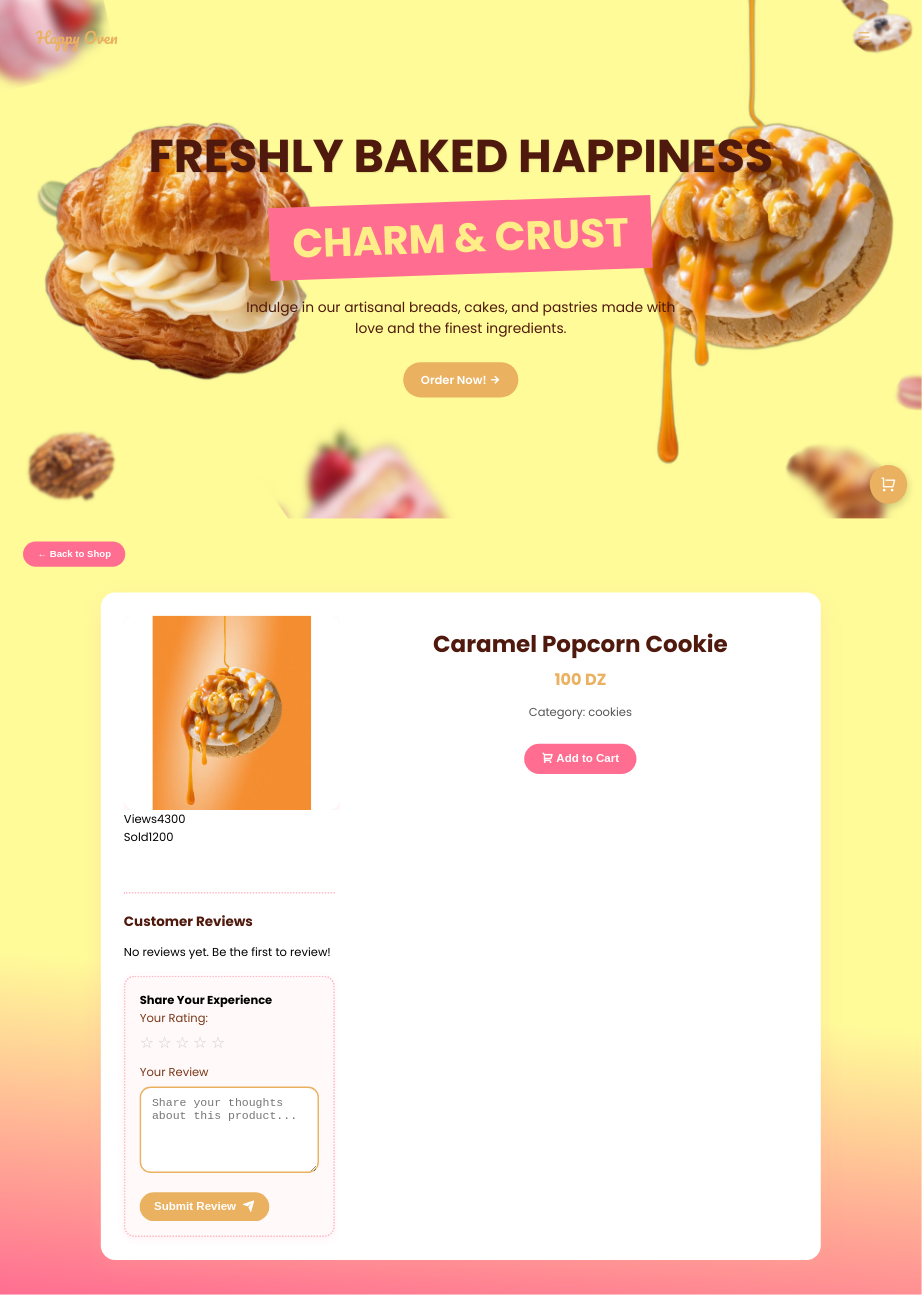
Repository: Sayy17/happy-oven-app
Page: /products/1
These files come from the project's save history. The page is drawn as it stood at one moment and after the next save; the edit follows.
The browser window is 1280 px wide. The pictures show the whole page, at 72% of full size.
The project was rebuilt for these pictures with package versions that can differ from the ones it lists, and the page was loaded fresh each time. Also part of the build but not shown: src/components/Shop/CategoryButtons.js, src/components/Shop/ProductGrid.js, src/components/Shop/SearchComponent.js, src/components/Shop/Shop.js, src/components/Cart/CartPanel.js, src/components/Contact/ContactPopup.js, src/components/AboutUs/AboutUs.js, src/components/Notification.js.

Above is the page before, as saved 2025-05-06 19:52:46.

After the next save:
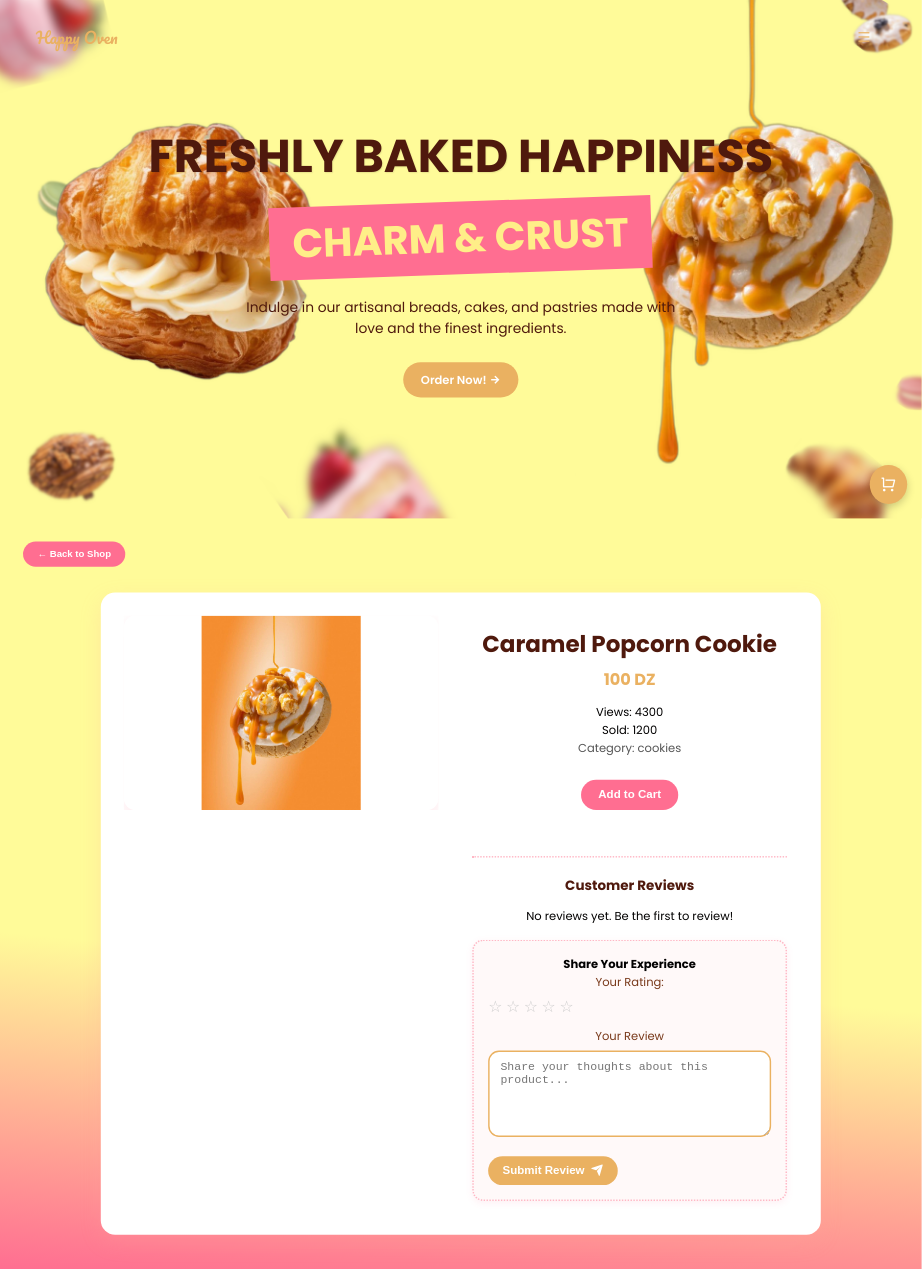
Saved 4 s later.
--- a/src/components/Product/ProductDetail.js
+++ b/src/components/Product/ProductDetail.js
@@ -12,6 +12,8 @@
   const { addToCart } = useCart();
   const [product, setProduct] = useState(null);
   const [loading, setLoading] = useState(true);
+
+
 
   useEffect(() => {
     setLoading(true);
@@ -83,73 +85,53 @@
     );
   }
 
+
+
   return (
     <div className="product-detail-page">
       <button onClick={handleBackToShop} className="back-button">
         &larr; Back to Shop
       </button>
-
       <div className="product-detail-container">
-        {/* Left column - Image and stats */}
-        <div className="product-left-column">
-          <div className="product-image">
-            <img
-              src={product.image}
-              alt={product.name}
-              onError={(e) => {
-                e.target.onerror = null;
-                e.target.src = '/images/placeholder.jpg';
-              }}
-            />
-          </div>
-
-          <div className="product-stats">
-            <div className="stat-item">
-              <span className="stat-label">Views</span>
-              <span className="stat-value">{typeof product.views === 'string' ? product.views : `${product.views}`}</span>
-            </div>
-
-            <div className="stat-item">
-              <span className="stat-label">Sold</span>
-              <span className="stat-value">{typeof product.sold === 'string' ? product.sold : `${product.sold}`}</span>
-            </div>
-          </div>
+        <div className="product-image">
+          <img
+            src={product.image}
+            alt={product.name}
+            onError={(e) => {
+              e.target.onerror = null;
+              e.target.src = '/images/placeholder.jpg';
+            }}
+          />
         </div>
-
-        {/* Right column - Product info */}
         <div className="product-info">
           <h1>{product.name}</h1>
           <p className="price">{product.price} DZ</p>
-          <p className="category">
-            Category: <span className="category-tag">{product.category}</span>
-          </p>
+          <p className="views">Views: {typeof product.views === 'string' ? product.views : `${product.views}`}</p>
+          <p className="sold">Sold: {typeof product.sold === 'string' ? product.sold : `${product.sold}`}</p>
+          <p className="category">Category: {product.category}</p>
+          <button onClick={handleAddToCart} className="add-to-cart">
+            Add to Cart
+          </button>
 
-          <button onClick={handleAddToCart} className="add-to-cart">
-            <i className="ri-shopping-cart-2-line"></i> Add to Cart
-          </button>
-        </div>
-
-        {/* Reviews section - Full width */}
-        <div className="reviews-section">
-          <h3>Customer Reviews</h3>
-
-          {product.reviews?.length > 0 ? (
-            <div className="reviews-list">
-              {product.reviews.map((review, index) => (
-                <div key={index} className="review-item">
-                  <div className="review-rating">
-                    {'★'.repeat(review.rating)}{'☆'.repeat(5 - review.rating)}
+          <div className="reviews-section">
+            <h3>Customer Reviews</h3>
+            {product.reviews?.length > 0 ? (
+              <div className="reviews-list">
+                {product.reviews.map((review, index) => (
+                  <div key={index} className="review-item">
+                    <div className="review-rating">
+                      {'★'.repeat(review.rating)}{'☆'.repeat(5 - review.rating)}
+                    </div>
+                    <p className="review-comment">{review.comment}</p>
+                    <p className="review-date">{new Date(review.date).toLocaleDateString()}</p>
                   </div>
-                  <p className="review-comment">{review.comment}</p>
-                  <p className="review-date">{new Date(review.date).toLocaleDateString()}</p>
-                </div>
-              ))}
-            </div>
-          ) : (
-            <p className="no-reviews">No reviews yet. Be the first to review!</p>
-          )}
-
-          <ReviewForm onSubmit={handleSubmitReview} />
+                ))}
+              </div>
+            ) : (
+              <p>No reviews yet. Be the first to review!</p>
+            )}
+            <ReviewForm onSubmit={handleSubmitReview} />
+          </div>
         </div>
       </div>
     </div>
